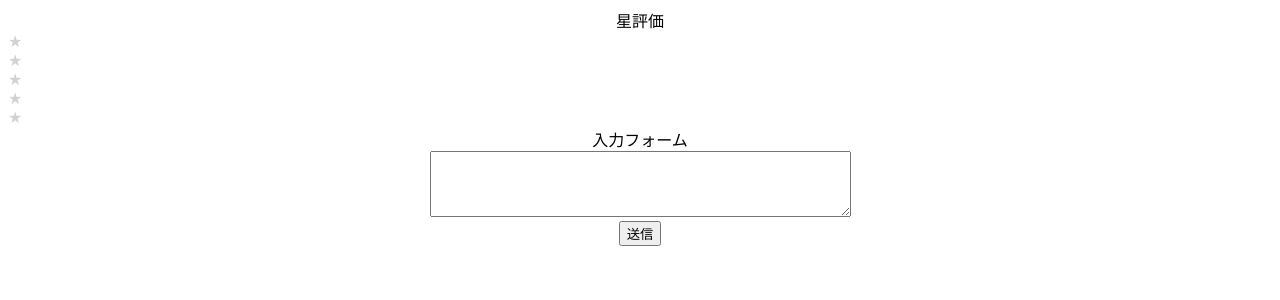
Repository: mikumiura/intern-chatbot
Page: templates/index1.html
An editor plug-in stored every save of this project. The page is shown before and after the next save, followed by the edit.
The browser window is 1280 px wide. The pictures show the whole page.

Above is the page before, as saved 2022-08-19 07:34:09.

### templates/index1.html
<!DOCTYPE html>
<html>

<head>
    <meta charset="utf-8">
    <meta name="viewport" content="width=device-width, initial-scale=1.0">
    <title>sample page</title>

    <link rel="stylesheet" href="static/style.css" type="text/css">
</head>


<body style="text-align:center">
    <script src="https://unpkg.com/vue@next"></script>
    <script src="https://unpkg.com/axios/dist/axios.min.js"></script>

    <div id = "app">
        <div>
            <label>星評価</label>
            <div>
                <div v-bind:class="{'star-gold':stars[0], 'star-gray':!stars[0]}" v-on:click="star(1)" class="pointer">★</div>
                <div v-bind:class="{'star-gold':stars[1], 'star-gray':!stars[1]}" v-on:click="star(2)" class="pointer">★</div>
                <div v-bind:class="{'star-gold':stars[2], 'star-gray':!stars[2]}" v-on:click="star(3)" class="pointer">★</div>
                <div v-bind:class="{'star-gold':stars[3], 'star-gray':!stars[3]}" v-on:click="star(4)" class="pointer">★</div>
                <div v-bind:class="{'star-gold':stars[4], 'star-gray':!stars[4]}" v-on:click="star(5)" class="pointer">★</div>
            </div>
        </div>

        <div>
            <label>入力フォーム</label>
            <div>
                <textarea v-model="message" cols="50" rows="4"></textarea>
            </div>
        </div>

        <div>
            <input v-on:click="submit()" type="submit" value="送信" class="pointer">
        </div>
    </div>

</body>
</html>

<script>
    let stars = [false, false, false, false, false];

    const Star = {
        data() {
            return {
                stars,
                starnum: 0,
                message: ""
            }
        },
        methods: {
            star: function(num) {
                this.starnum = num
                // 1~num番目までをtrueに置き換える処理
                for (let i=0; i<num; i++) {
                    this.stars.splice(i, 1, true)
                }
                // num+1~5番目までをfalseに置き換える処理
                for (let i=num; i<5; i++) {
                    this.stars.splice(i, 1, false)
                }
            },
            submit: function() {
                alert("送信完了")
                location.reload()
                axios.post('/test', {
                    starnum: this.starnum,
                    message: this.message
                })
                .then(function(response) {
                    console.log(response)
                })
                .catch(function(error) {
                    console.log(error)
                })
            }
        }
    }
    Vue.createApp(Star).mount("#app")
</script>

<!--クリックしたら感知はされる。divタグにv-on書く、メソッド作る、メソッドの中にログを出す記述、検証のコンソールでログでてる（感知されてる）ことを確認-->
<!--star()で1つの関数にして引数によって処理を変える、3押した後に1押すと★が1個だけ黄色になるようにする-->
<!-- createAppは1個だけ書いて、大元のところでマウントするとdataで出せるかも。詰まったらとりあえずconsole.log()出す。ログに入力値は入ってきてるので、
    送信ボタンの押下で星の数と入力値が返るようにする。 -->

### static/style.css
div div div div {
    display: flex;
}

.star-gold {
    color: #ffd700;
}

.star-orange {
    color: #ffa500;
}

.star-gray {
    color: #d2d2d2;
}

.pointer {
    /* cursor: hand; */
    cursor: pointer;
}

After the next save:
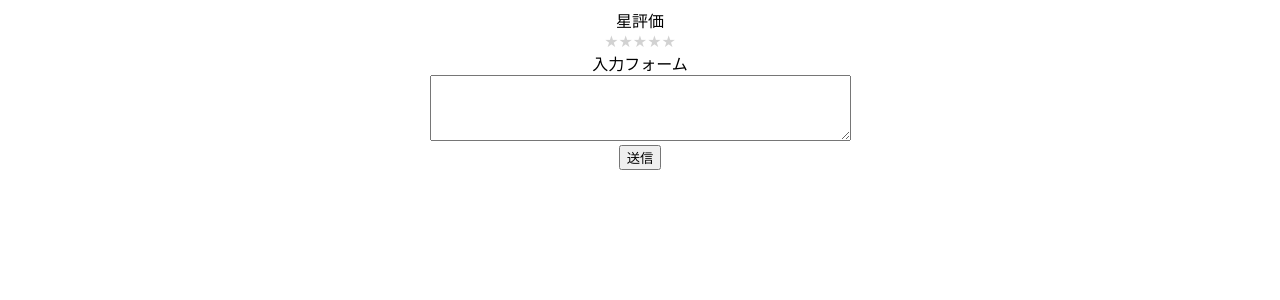
Saved 76 s later.
--- a/static/style.css
+++ b/static/style.css
@@ -1,5 +1,5 @@
 div div div div {
-    display: flex;
+    display: inline-block;
 }
 
 .star-gold {
@@ -15,6 +15,5 @@ div div div div {
 }
 
 .pointer {
-    /* cursor: hand; */
     cursor: pointer;
 }
